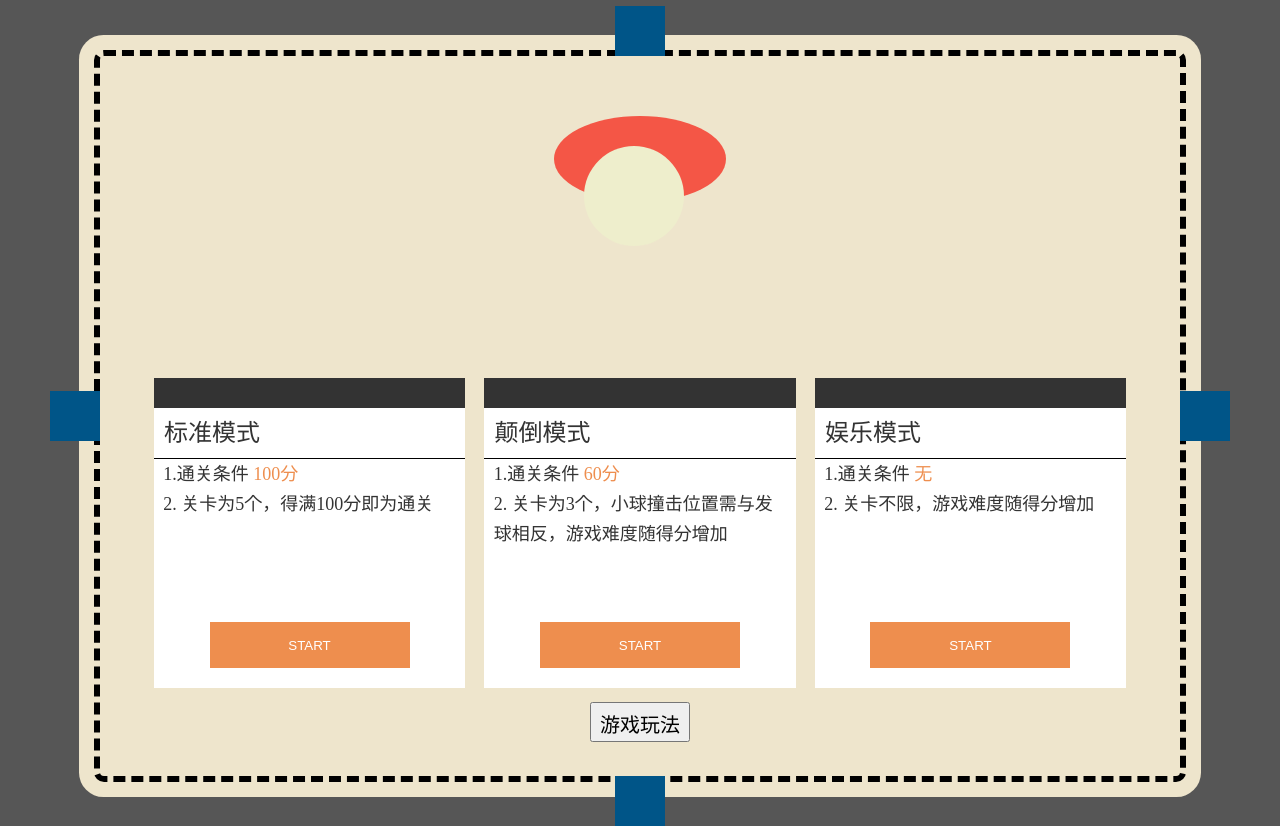
Repository: EEETA/ball-game
Page: theBall2/index.html
An editor plug-in stored every save of this project. The page is shown before and after the next save, followed by the edit.
The browser window is 1280 px wide. The pictures show the whole page.

Above is the page before, as saved 2018-08-04 00:24:25.

### theBall2/index.html
<!DOCTYPE html>
<html lang="en">
<head>
    <meta charset="UTF-8">
    <title>theBall</title>
	<link rel="stylesheet" href="style/index.css">
    <script src="js/jquery-1.8.3.min.js"></script>
	<script src="js/jquery.rotate.min.js"></script>
</head>
<body>
    <section class="box">
        <!-- 旋转div -->
        <section class="ball ballZhuan">
            <div class="redPart_box">
                <div class="redPart"></div>
            </div>
            <div class="blackPart_box">
                <div class="blackPart"></div>
            </div>
            <div class="middlePart"></div>
        </section>
        <div class="ball2"></div>

        <section class="idx_pattern">
            <!-- 主界面-游戏模式 -->
        </section>
        <section class="idx_intro">
            <!-- 主界面-游戏玩法 -->
        </section>

        <section class="game_mask">
        <!-- 游戏界面-娱乐模式遮罩提示层 -->
        </section>
        <div class="arrow">
            <!-- 升级效果 -->
        </div>
        <section class="game_shootBox">
            <!-- 游戏界面-小球发射台 -->
        </section>
        <section class="game_fraction">
            <!-- 游戏界面-分数血量显示 -->
        </section>
        <section class="game_hanlder">
            <!-- 游戏界面-结束模块 -->
        </section>
    </div>

    <script src="data/data.js"></script>
    <script>
        const patternLen = pattern.length;
        const idxPattern = document.querySelector('.idx_pattern');
        const idxIntro = document.querySelector('.idx_intro');
        const gameShootBox = document.querySelector('.game_shootBox');
        const gameFraction = document.querySelector('.game_fraction');
        const gameHanlder = document.querySelector('.game_hanlder');
        const gameMask = document.querySelector('.game_mask');
        var my=[];
        /*主界面-游戏模式*/
        for(var i=0;i<patternLen;i++){
            let idxPatternMain=`<div class="playWrap">
                                    <div class="playTit"> ${pattern[i].patternName} </div>
                                    <div class="playIntroduce">
                                        <div class="playIntroduceTxt">1.通关条件 <span style="color:#EE8E4E"> ${pattern[i].explain.condition} </span></div>
                                        <div class="playIntroduceTxt">2. ${pattern[i].explain.produce} </div>
                                    </div>
                                    <button class="start">START</button>
                                </div>`
            idxPattern.innerHTML+=idxPatternMain;
        }
        /*主界面-游戏玩法*/
        let produceTxt=`<div class="introTxt">
                            <div>
                                1.按空格键/AD可旋转 <img src="img/img1.png" alt="" class="sizeOne">
                            </div>
                            <div>
                                2.当<img src="img/img2.png" alt="" class="sizeOne">掉落时,根据模式将 <img src="img/img1.png" alt="" class="sizeOne"> 旋转到对应的颜色即可得1分,反之<span style="color:red">HP-1</span>
                            </div>
                            <div>
                                3.进入游戏后，每个玩家血量为5,右上角为分数面板 <img src="img/img3.png" alt="" class="sizeTwo"> 左侧为当前分数,右侧为当前关卡上限,分数达到上限即可进入下一关
                            </div>
                        </div>
                        <button class="introTxtBtn">游戏玩法</button>`
        idxIntro.innerHTML=produceTxt;



        /*游戏界面-小球发射台*/
        let gameShootBoxMain=`  <div class="launcher launT">

                                </div>
                                <div class="launcher launB">

                                </div>
                                <div class="launcher launL">

                                </div>
                                <div class="launcher launR">

                                </div>`
        gameShootBox.innerHTML+=gameShootBoxMain;

        /*游戏界面-小球发射台*/
        // let gameShootBoxMain=`<div class="top div_middle">
        //                             <div class="div_middle"></div>
        //                         </div>
        //                         <div class="bottom div_middle">
        //                             <div class="div_middle"></div>
        //                         </div>
        //                         <div class="left div_middle">
        //                             <div class="div_middle"></div>
        //                         </div>
        //                         <div class="right div_middle">
        //                             <div class="div_middle"></div>
        //                         </div>`
        // gameShootBox.innerHTML+=gameShootBoxMain;


        /*游戏界面-分数血量显示*/
        let gameFractionMain=`<div class="life">HP:
                                    <div class="hp_div">
                                        <div class="hp_div_main"></div>
                                    </div>
                                </div>
                                <div class="fraction">
                                    <span class="fraction_left"></span>
                                    /
                                    <span class="fraction_right"></span>
                                </div>`
        gameFraction.innerHTML=gameFractionMain;
        /*游戏界面-结束模块*/
        let gameHanlderMain=`<div class="interface">
                                <div class="over">Game Over</div>
                                <div class="success">成功通关</div>
                            </div>
                            <div class="button_box">
                                <button class="button_left">再玩一次</button>
                                <button class="button_right">返回大厅</button>
                            </div>`
        gameHanlder.innerHTML=gameHanlderMain;
        /*游戏界面-娱乐模式遮罩提示层*/
        let gameMaskMain=`<div class="Mask_span">
                                <span>按A键向左转</span>
                                <span>按D键向右转</span>
                            </div>
                            <span class="Mask_p">- 按空格键继续 -</span>`
        gameMask.innerHTML=gameMaskMain;
    </script>
    <script src="js/index.js"></script>
    <script src="js/animation.js"></script>
</body>
</html>

### theBall2/style/index.css
@charset "UTF-8";
html{background: #565656;}
body{-webkit-user-select:none;-moz-user-select:none;-ms-user-select:none; user-select:none;}
input{border: none;outline: none;-webkit-tap-highlight-color: #000000;-webkit-tap-highlight-color: rgba(0, 0, 0, 0);}
button{outline: none;}

.box{
    position: relative;
    margin: 50px auto 0;
    /* overflow: hidden; */
    width: 1080px;
    height: 720px;
    background: #eee5cc;
    border: 6px dashed #000;
    box-shadow: 0 0 0 15px #eee5cc;
    border-radius: 10px;
}
/*两种小球制作*/
.ball{
    position: relative;
    width: 172px;
    height: 172px;
    margin:60px auto 0;
    /* transform:rotate(0deg);
    -ms-transform:rotate(0deg);
    -moz-transform:rotate(0deg);
    -webkit-transform:rotate(0deg);
    -o-transform:rotate(0deg); */
    opacity:1
}
.redPart_box,.blackPart_box{
    height: 50%;
    overflow:hidden;
}
.redPart,.blackPart{
    position: relative;
    height: 100%;
    width: 100%;
    border-radius:50%
}
.redPart{background: #f45646;}
.blackPart{background: #333;top:-100%}
/* .redPart{background: #ff9b9b;}
.blackPart{background: #2aa1a7;top:-100%} */
.middlePart{
    position: absolute;
    left: 30px;
    top: 30px;
    width: 100px;
    height:100px;
    border-radius: 50%;
    background:#eec;
}
.ballZhuan1{
    animation-name:rotate;
    animation-iteration-count: infinite;
    animation-duration: 4s;
    animation-timing-function: linear;
}
@keyframes rotate{
    0%{
        transform:rotate(0deg)
    }
    100%{
         transform:rotate(360deg)
    }
}


.ball2{
    width: 0;
    height: 0;
    border-top:20px solid #f45646;
    border-bottom: 20px solid #333;
    border-left:20px solid #efa97a;
    border-right:20px solid #6dd3ce;
    border-width: 86px;
    position: absolute;
    top: calc(50% - 85px);
    left: calc(50% - 85px);
    opacity: 0;
    /* z-index: 10;
    transform:rotate(0deg); */
    border-radius: 50%;
}

/*小球发射*/
.launcher{
    position: absolute;
    margin: 0 auto;
    width: 50px;
    height: 50px;
    background: #058;
}
.launT{left: 0;right: 0;top: -50px;}
.launB{left: 0;right: 0;bottom: -50px;}
.launL{top: 50%;margin-top: -25px;left: -50px}
.launR{top: 50%;margin-top: -25px;right: -50px}
.launchBall{
    position: absolute;
    width: 100%;
    height:100%;
    background:#f45646;
    border-radius: 50%;
}


/*成功击中扩散动画*/
.ball_middle{
    height: 75px;
    width:75px;
    border-radius: 50%;
    background: #333;
    opacity:0.5;
    position: absolute;
    top: calc(50% - 37px);
    left:calc(50% - 37px);
}

.game_fraction{
    width: 100%;
    height: 80px;
    top:50px;
    position: absolute;
    display: none;
}
.life{width: 60%;height: 100%;display: inline-block;line-height: 80px;text-indent: 10px;color:#f00;}
.fraction{width: 30%;height: 100%;text-align: center;line-height: 80px;float: right;margin-right: 10px;font-size: 30px;}
.fraction span{color:#333;}
.firworks{width: 4px;height: 4px;position: absolute;border-radius: 50%}
.over,.success{position: absolute;top:43%;font-size: 60px;opacity:0;z-index: 30;width: 100%;text-align: center;}
.arrow{height: 300px;width: 500px;position: absolute;top: calc(50% - 150px);left: calc(50% - 250px);}
.arrow span{font-size: 30px;color: #333;position: absolute;left: calc(50% - 145px);top: 150px;opacity: 0;height: 100px;width: 300px;text-align: center;}
 .img{height:80px;width: 30px;position: absolute;}



.button_box{
    position: absolute;
    left:0;
    right:0;
    bottom:45px;
    margin:0 auto;
    width: 380px;
    display: none;
    opacity: 0;
}
.button_left,.button_right{
    height: 46px;
    width: 150px;
    background:#333;
    border-radius:3px;
    font-size: 24px;
    color:#fff;
    cursor:pointer;
    border:none;
}
.button_left:hover,.button_right:hover{background: #f45646;}
.button_left{float:left;}
.button_right{float:right;}


/************************************游戏玩法***********************************/
.introTxtBtn{
    position: absolute;
    bottom: 34px;
    font-size: 20px;
    cursor:pointer;
    z-index: 1000;
    left: calc(50% - 50px);
    height: 40px;
    width: 100px;
    text-align: center;
    line-height: 40px
}
.introTxtBtn:hover{
    background: #333;
    color: #fff;
}
.introTxt{
    width: 500px;
    height: 530px;
    left: calc(50% - 250px);
    top: calc(50% - 300px);
    line-height: 40px;
    background: #fff;
    border-radius: 5px;
    display: none;
    z-index: 1001;
    position: absolute;
}
.sizeOne,.sizeTwo{
    position:relative;
    top: 10px;
}
.sizeOne{width: 40px;}
.sizeTwo{width: 80px;}
.introTxt div{margin:30px auto;width: 90%;font-size: 24px}
.introTxt p{display: inline-block;}



.hp_div{display: inline-block;width: 180px;height: 40px;border:1px solid red;vertical-align:middle;border-radius: 4px;}
.hp_div_main{height: 100%;width: 100%;background: red;border-radius: 3px;}


.game_mask{
    display: none;
    position: absolute;
    width: 100%;
    height: 100%;
    top: 0;
    left: 0;
    background: rgba(51,51,51,.5);
    font-size: 30px;
    color: #fff;
    z-index: 1;
}
.Mask_span{
    position: absolute;
    top:calc(50% - 100px);
    opacity: 1;
    width: 100%;
    text-align: center;
    line-height: 100px;
}
.Mask_span span{
    display: block;
}
.Mask_p {
    position: absolute;
    bottom: 150px;
    width: 100%;
    text-align: center;
    font-size:40px;
    color: #000;
    animation-name:opacity;
    animation-iteration-count: infinite;
    animation-duration: 1.8s;
}
@keyframes opacity{
    0%{
        opacity:0
    }
    50%{
        opacity: 1
    }
    100%{
        opacity:0
    }
}


/*playFour*/
.idx_pattern{
    overflow:auto;
    position: relative;
    margin: 0 auto;
    width: 90%;
    margin-top: 90px;
}
.playWrap{
    overflow: hidden;
    position: relative;
    float:left;
    width: 32%;
    height: 280px;
    background:#fff;
    color:#333;
    border-top: 30px solid;
}
.playWrap:nth-child(2){margin: 0 2%;}
.playWrap:hover{
    background: rgba(255,255,255,.7)
}
.playTit{
    /* width: 100%; */
    border-bottom: 1px solid #000;
    font-size: 24px;
    line-height: 50px;
    text-indent: 10px;
}
.playIntroduce{
    font-size: 18px;
    text-align: left;
    line-height: 30px;
    margin: 0 auto;
    width: 94%;
}
.start{
    position:absolute;
    bottom:0;
    left:0;
    right:0;
    width: 200px;
    height: 46px;
    background: #EE8E4E;
    color: #fff;
    outline: none;
    margin: 0 auto 20px;
    cursor: pointer;
    border: none;
}
.start:hover{background: rgba(51,51,51,1)}

### theBall2/data/data.js

/*
patternName：模式名称
explain：游戏说明
condition：过关条件
produce：关卡介绍
tip：其他
*/
var pattern=[
    {
        patternName:'标准模式',
        explain:{
            condition:'100分',
            produce:'关卡为5个，得满100分即为通关',
            tip:''
        }
    },
    {
        patternName:'颠倒模式',
        explain:{
            condition:'60分',
            produce:'关卡为3个，小球撞击位置需与发球相反，游戏难度随得分增加',
            tip:''
        }
    },
    {
        patternName:'娱乐模式',
        explain:{
            condition:'无',
            produce:'关卡不限，游戏难度随得分增加',
            tip:''
        }
    }
]
var gameInit=[
    {
        hp:1,
        hp_box:10,
        fraction:0,
        toplimit:10,

    }
]
// var gameHanlder={
//     gameOver="Game Over",
//     gameSuccess="游戏通关",
// }

### theBall2/js/animation.js


// 抖动效果
jQuery.fn.shake = function (intShakes /*Amount of shakes*/, intDistance /*Shake distance*/, intDuration /*Time duration*/) {
    this.each(function () {
        var jqNode = $(this);
        jqNode.css({ position: 'relative' });
        for (var x = 1; x <= intShakes; x++) {
            jqNode.animate({ left: (intDistance * -1) }, (((intDuration / intShakes) / 4)))
            .animate({ left: intDistance }, ((intDuration / intShakes) / 2))
            .animate({ left: 0 }, (((intDuration / intShakes) / 4)));
        }
    });
    return this;
}

/*撞击成功*/
success=function(r,borderSpacing){
    switch_1=1;
    $('<div class="ball_middle" style="background-color:'+$(r).css('background-color')+';display:block"></div>').appendTo(ballShow);
    $('.ball_middle').animate({ borderSpacing:borderSpacing },{
            step:function(now){
                $(this).css('transform','scale('+now+','+now+')')
            },
            duration:200
        }
    );
    $('.ball_middle').animate({opacity:'0'},200,function(){
        this.remove();
    });
    $(r).remove();

    fractionNow++;
    $('.fraction_left').html(fractionNow);
}

fail=function(r){   //撞击失败
    switch_1=1;
    for(var i=0;i<20;i++){
        var firworks=$('<div class="firworks"></div>');
        var b=new boom(firworks,$(r).offset().left,$(r).offset().top,$(r).css('background-color'));
        b.move();
    }
    $(r).remove();
	hp--;
    fail_hp=hp*100/hp_box;
    $('.hp_div_main').animate({width:fail_hp+"%"},500);
}

boom=function(div,x,y,color){  //爆炸效果
        $('body').append(div);
        $(div).css({
            left:x+'px',
            top:y+'px',
            background:color
        });
        var speedX = (parseInt(Math.random()*2) == 0 ? 1 : -1)*parseInt(Math.random()*16 + 1);  //三目运算符随机移动方向，概率50%,为1时往正方向移动，负1时往反方向移动第二个随机数随机速度快慢
        var speedY = (parseInt(Math.random()*2) == 0 ? 1 : -1)*parseInt(Math.random()*20 + 1);

        this.move=function(){
            var i = 3;
            var time=setInterval(function(){
            i++;
            $(div).css({
                left:div[0].offsetLeft+speedX+'px',
                top:div[0].offsetTop+speedY+i+'px',
            })
            if(div[0].offsetLeft+div[0].offsetWidth>window.innerWidth|| div[0].offsetLeft<2 || div[0].offsetTop+div[0].offsetHeight>window.innerHeight || div[0].offsetTop<2 ){
                    div.remove();       //移动出可视区域记得删除div和清除定时器
                    clearInterval(time);
                }
            },1000/30)
        }
}

callarrow=function(arrow_html){  //初始化提升动画
    for(var i=0;i<10;i++){
        var a=new addarrow(i);
        a.move();
    }

    $('.arrow').append('<span>'+arrow_html+'</span>');
    $('.arrow span').animate({top:'0',opacity:1},600,function(){$(this).animate({opacity:0},800,function(){this.remove()})});

}

 addarrow=function(i){  //难度提升动画
        var leftnum=parseInt(Math.random()*500);
        var topnum=parseInt(Math.random()*400);
        var arrow=$(' <img src="img/Arrow.png" class="img">');
        var now=(Math.random()*1.1+0.75).toFixed(2);

        $('.arrow').append(arrow);
        $('.img')[i].style.cssText="top:"+topnum+"px;left:"+leftnum+"px;transform:scale("+now+","+now+")";

        this.move=function(i){
            $('.img').animate({top:'-100',opacity:'0'},700,function(){
                this.remove();
            });
        }
}
endarrow=function(innertHTML,time){
    $('.arrow').append('<span>'+innertHTML+'</span>');
    setTimeout(function(){$('.arrow span').animate({top:'0',opacity:1},1000,function(){$(this).animate({opacity:0},1500,function(){this.remove()})})},time);
}

rotate_transition=function(ball,ball2){
    $(ball).rotate({
            animateTo: 180,
            duration:300,
        }
    );
    $(ball).animate({opacity:'0'},600);
    $(ball2).animate({opacity:'1'},600);
    $(ball2).rotate({
            animateTo:-360,
            duration:600
    });
}

movejudge=function(r,rou,red,qing,black,num,numberMode){
    numbox=numList;
    if(numList>0){
        numbox=negative;
    }
    if($(r).css('background-color')=='rgb(239, 169, 122)' && numbox%360==rou){  //肉
        success(r,num);
    }else if($(r).css('background-color')=='rgb(244, 86, 70)' && numbox%360==red){  //红
        success(r,num);
    }else if($(r).css('background-color')=='rgb(109, 211, 206)' && numbox%360==qing){  //青
        success(r,num);
    }else if($(r).css('background-color')=='rgb(51, 51, 51)' && numbox%360==black){  //黑
        success(r,num);
    }else{fail(r)};

    appendball(numberMode);
    $(r).stop();
}

// Mask=function(){
//     $('.game_mask').fadeIn(300);
//     $('.Mask_p').fadeIn(800);
//     $('.Mask_span').fadeIn(800);
//     // $('.Mask_p').addClass('play');
// }


box_animation=function(height,width,speed){
    speed = speed||1000;
    $('.box').animate(
        {
            width:width+'px',
            height:height+'px',
        },
        {
            duration:speed,
        }
  	);
}

Loaded but not shown: theBall2/js/jquery-1.8.3.min.js (library); theBall2/js/jquery.rotate.min.js (library); theBall2/js/index.js (336 lines, source omitted)

After the next save:
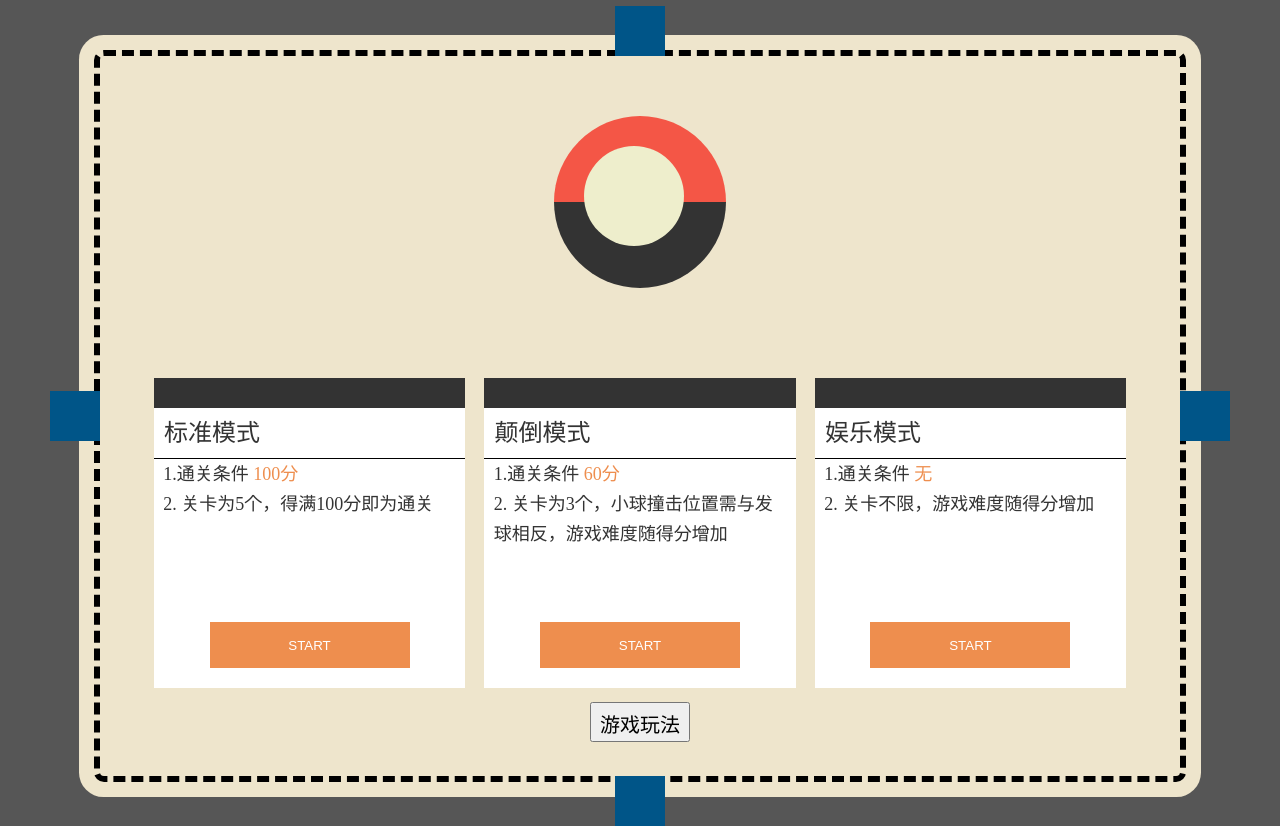
Saved 36 s later.
--- a/theBall2/style/index.css
+++ b/theBall2/style/index.css
@@ -34,8 +34,8 @@ button{outline: none;}
 }
 .redPart,.blackPart{
     position: relative;
-    height: 100%;
-    width: 100%;
+    height: 172px;
+    width: 172px;
     border-radius:50%
 }
 .redPart{background: #f45646;}
